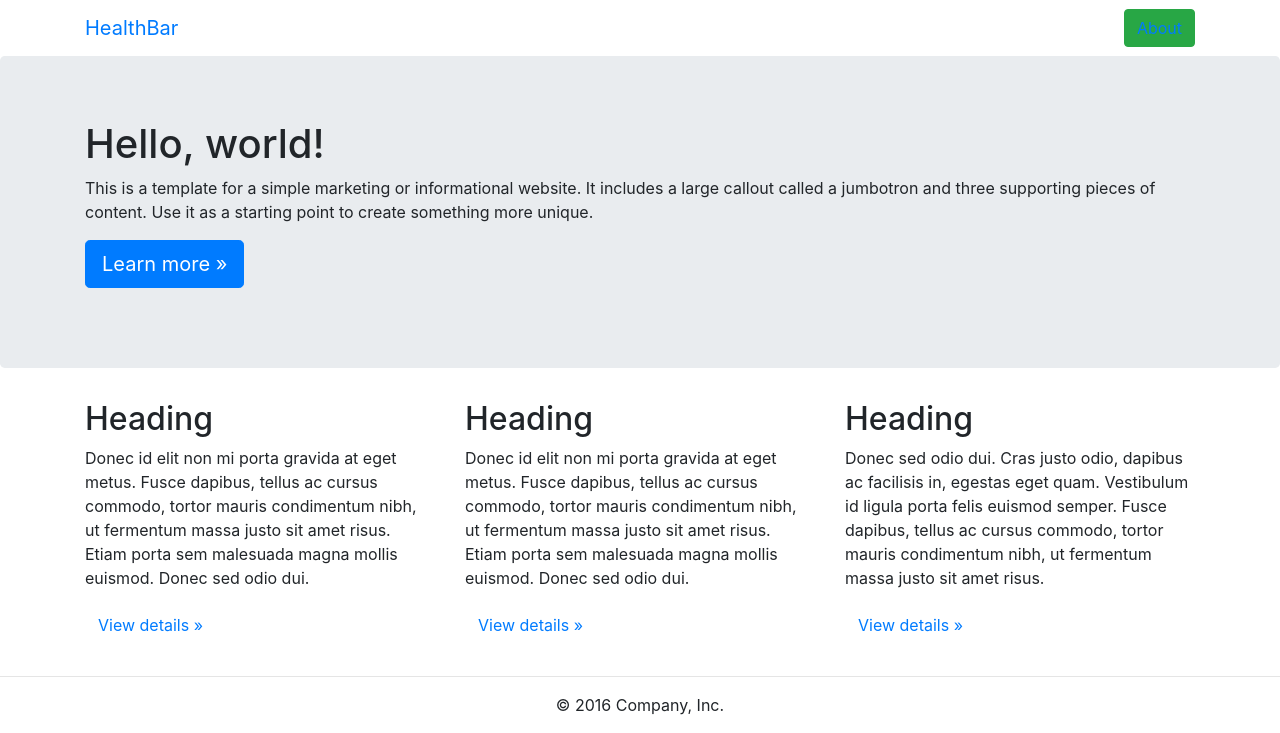
Repository: AdaLover/demoExpressApp
Page: http://localhost/
These files come from the project's save history. The page is drawn as it stood at one moment and after the next save; the edit follows.
The browser window is 1280 px wide. The pictures show the whole page.
The page is served by the project's Node server (app.js).

Above is the page before, as saved 2018-01-29 18:21:14.

After the next save:
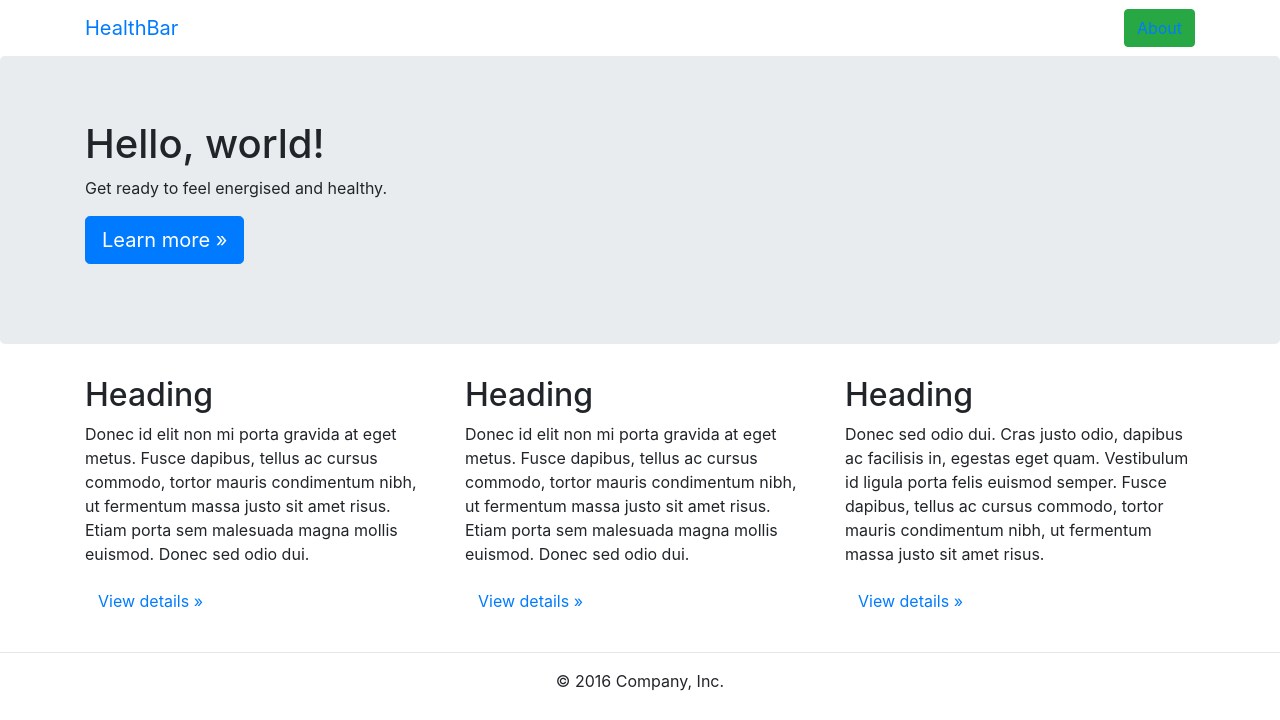
Saved 52 s later.
--- a/views/index.pug
+++ b/views/index.pug
@@ -5,7 +5,7 @@ block content
       .container
         h1 Hello, world!
         p
-          | This is a template for a simple marketing or informational website. It includes a large callout called a jumbotron and three supporting pieces of content. Use it as a starting point to create something more unique.
+          | Get ready to feel energised and healthy.
         p
           a.btn.btn-primary.btn-lg(href="#" role="button") Learn more »
     .container
